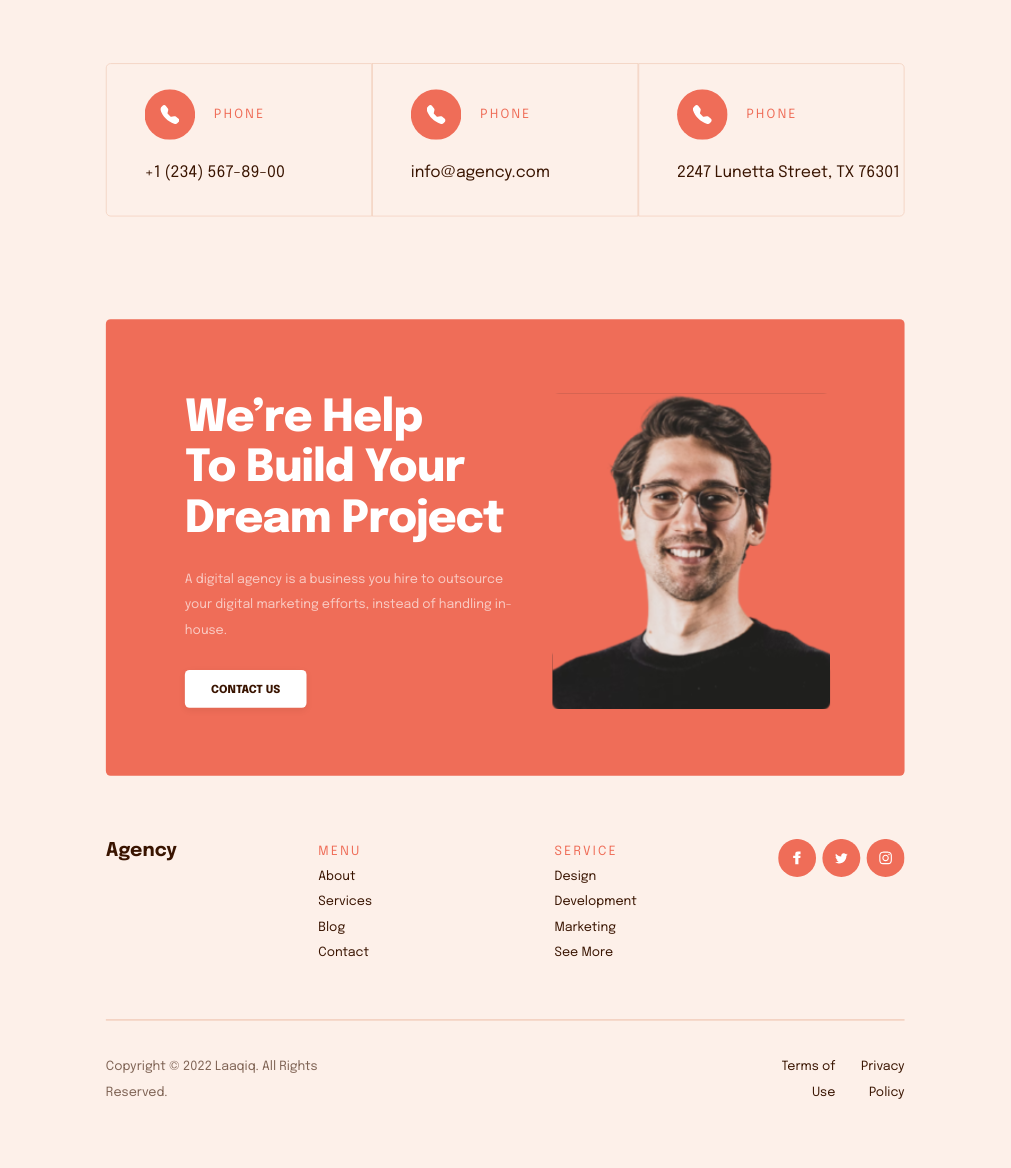
Repository: NatiqSamiyev/image-task
Page: agency/index.html
An editor plug-in stored every save of this project. The page is shown before and after the next save, followed by the edit.
The browser window is 1280 px wide. The pictures show the whole page, at 79% of full size.

Above is the page before, as saved 2023-09-05 11:30:56.

After the next save:
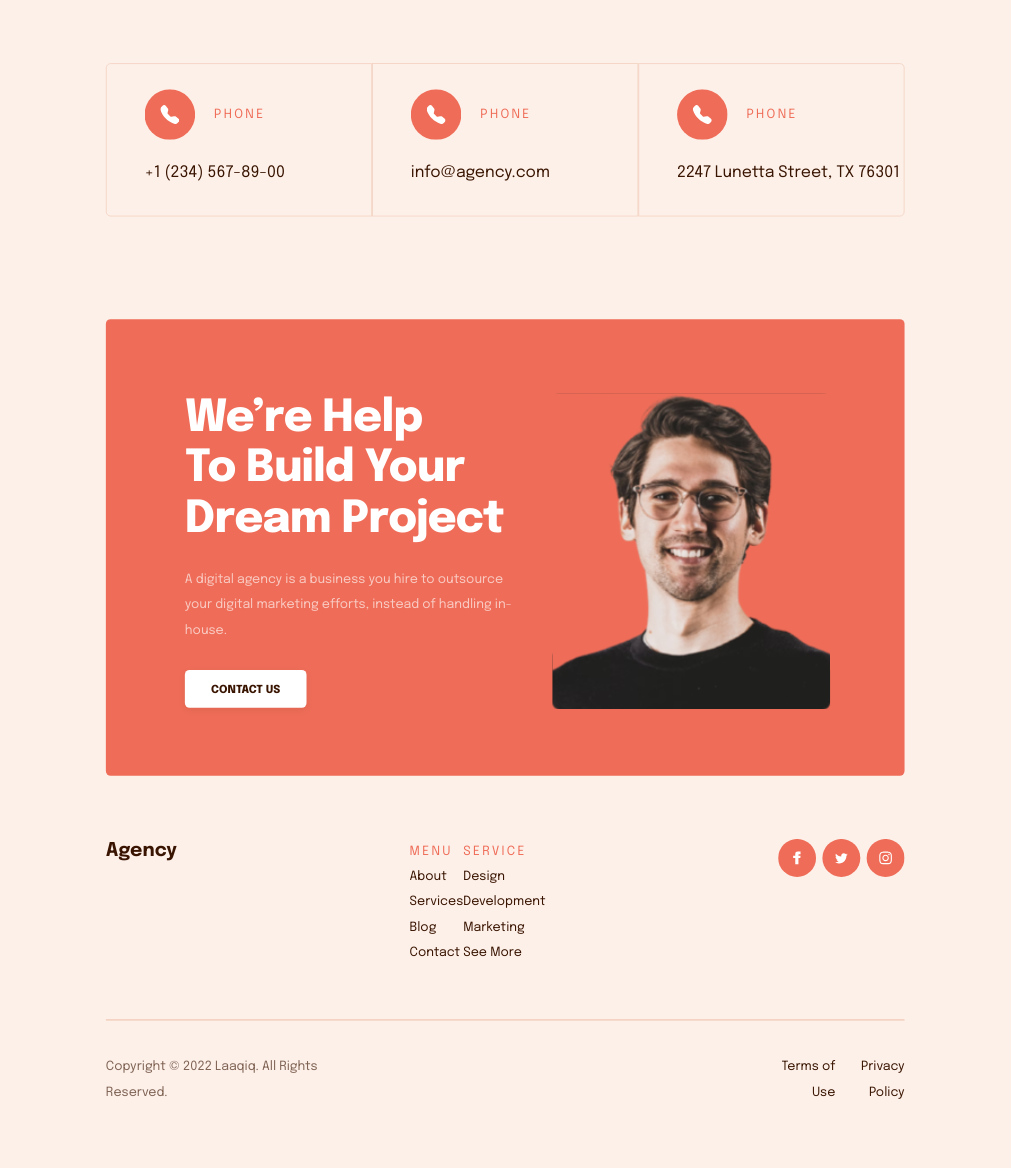
Saved 3 min 25 s later.
--- a/agency/index.css
+++ b/agency/index.css
@@ -199,7 +199,7 @@ transform: translate(-50%,-50%);
 }
 
 .agency-container .bottom-container .box-1 ul li:last-child {
-  margin-left: 231px;
+  /* margin-left: 231px; */
 }
 
 .agency-container .bottom-container .box-1 img {
